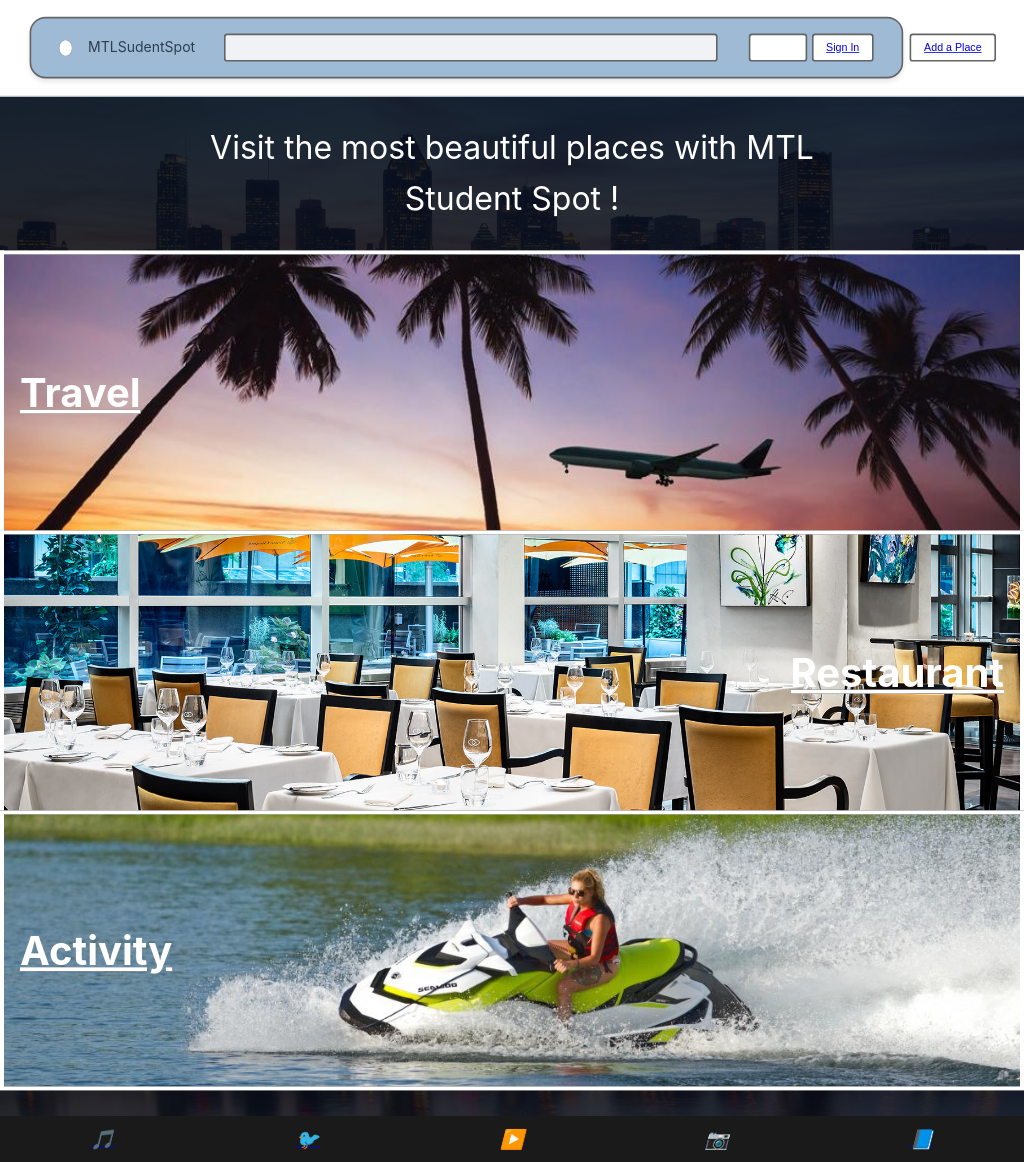
Repository: KevMn6ix/MOD8-2232-GRA-Damois-Leroi--Morant-Munto
Page: / (app in client/)
The author's editor kept a copy of each file at every save. The page is drawn from the files as they stood at one save, then again after the next save.
The browser window is 1280 px wide. The pictures show the whole page, at 80% of full size.
The project was rebuilt for these pictures with package versions that can differ from the ones it lists, and the page was loaded fresh each time. Also part of the build but not shown: client/vite.config.js, client/src/components/HelloWorld.vue, client/src/services/Api.js, client/src/services/AuthentificationService.js, client/src/components/Login.vue, client/src/views/LoginPage.vue, client/src/components/PlaceItem.vue, client/src/components/PlaceList.vue.

Above is the page before, as saved 2023-10-18 14:23:52.

### client/index.html
<!DOCTYPE html>
<html lang="en">
  <head>
    <meta charset="UTF-8">
    <link rel="icon" href="/favicon.ico">
    <link href="https://cdnjs.cloudflare.com/ajax/libs/font-awesome/5.15.3/css/all.min.css" rel="stylesheet">

    <meta name="viewport" content="width=device-width, initial-scale=1.0">
    <title>Vite App</title>
  </head>
  <body>
    <div id="app"></div>
    <script type="module" src="/src/main.js"></script>
  </body>
</html>

### client/src/assets/main.css
@import './base.css';
/*
#app {
  max-width: 1280px;
  margin: 0 auto;
  padding: 2rem;

  font-weight: normal;
}

a,
.green {
  text-decoration: none;
  color: hsla(160, 100%, 37%, 1);
  transition: 0.4s;
}

@media (hover: hover) {
  a:hover {
    background-color: hsla(160, 100%, 37%, 0.2);
  }
}

@media (min-width: 1024px) {
  body {
    display: flex;
    place-items: center;
  }

  #app {
    display: grid;
    grid-template-columns: 1fr 1fr;
    padding: 0 2rem;
  }
}
*/
@media (prefers-color-scheme: dark) {
  button {
    color:black;
  }
  input {
    color: white;
    background-color: black;
  }
}

### client/src/App.vue
<script setup>
import { RouterLink, RouterView } from 'vue-router'
import HelloWorld from './components/HelloWorld.vue'
</script>

<template >
  <RouterView />

</template>

<style scoped>
template {
  display: flex;
  flex-direction: column;
}

header {
  line-height: 1.5;
  max-height: 100vh;
}

.logo {
  display: block;
  margin: 0 auto 2rem;
}

nav {
  width: 100%;
  font-size: 12px;
  text-align: center;
  margin-top: 2rem;
}

nav a.router-link-exact-active {
  color: var(--color-text);
}

nav a.router-link-exact-active:hover {
  background-color: transparent;
}

nav a {
  display: inline-block;
  padding: 0 1rem;
  border-left: 1px solid var(--color-border);
}

nav a:first-of-type {
  border: 0;
}

@media (min-width: 1024px) {
  header {
    display: flex;
    place-items: center;
    padding-right: calc(var(--section-gap) / 2);
  }

  .logo {
    margin: 0 2rem 0 0;
  }

  header .wrapper {
    display: flex;
    place-items: flex-start;
    flex-wrap: wrap;
  }

  nav {
    text-align: left;
    margin-left: -1rem;
    font-size: 1rem;

    padding: 1rem 0;
    margin-top: 1rem;
  }
}
</style>

### client/src/router/index.js
import { createRouter, createWebHistory } from 'vue-router'
import HomeView from '../views/HomeView.vue'

const router = createRouter({
  history: createWebHistory(import.meta.env.BASE_URL),
  routes: [
    {
      path: '/',
      name: 'home',
      component: HomeView
    },
    {
      path: '/about',
      name: 'about',
      // route level code-splitting
      // this generates a separate chunk (About.[hash].js) for this route
      // which is lazy-loaded when the route is visited.
      component: () => import('../views/AboutView.vue')
    },
    {
      path: '/login',
      name: 'login',

      component: () => import('../views/LoginPage.vue')
    },
    {
      path: '/register',
      name:'register',

      component: () => import('../views/RegisterPage.vue')
    },
    {
      path: '/places/:types',
      name: 'PlacesList',

      component: () => import('../views/PlaceListView.vue')
    },
    {
      path: '/places/review/:id',
      name : 'review',

      component: () => import('../views/PlaceReview.vue')
    },
    {

      path: '/places/:types/:id',
      name: 'PlacePage',

      component: () => import('../views/PlacesPage.vue')

    },
    {
      path: '/places/add',
      name: 'AddPlace',

      component: () => import('../views/AddPageView.vue')
    }
  ]
})

export default router

### client/src/views/HomeView.vue
<script setup>
import { ref } from 'vue'
import NavBar from '../components/NavBar.vue';
import RowLandingPage from '../components/RowLandingPage.vue';
import PlaceList from '../components/PlaceList.vue';
import { RouterLink} from 'vue-router'
import UsePlaceService from '../../server/services/places-service.js';
const userInput = ref('');
const placeService = UsePlaceService();
console.log(placeService.findPlaces())
const tempListPlace = placeService.findPlace()
console.log(tempListPlace)
</script>

<template>
  <header>
    <NavBar @user-input="(termInputed) => {userInput = termInputed;}"/>
  </header>

  <main id="home-body">
    <div v-if="userInput === ''">
    <h1>
      Visit the most beautiful places with MTL<br>Student Spot !
    </h1>
    <ul id="browse">
      <li id="travel"><RouterLink :to="{name : 'PlacesList', params : {types: 'travel'}}"><RowLandingPage textId="travel" textTitle="Travel"/></RouterLink></li>
      <li id="restaurant"><RouterLink :to="{name : 'PlacesList', params : {types: 'restaurants'}}"><RowLandingPage textId="restaurant" textTitle="Restaurant"/></RouterLink></li>
      <li id="activity"><RouterLink :to="{name : 'PlacesList', params : {types: 'activities'}}"><RowLandingPage textId="activity" textTitle="Activity"/></RouterLink></li>
  </ul>
  </div>
  <div v-else id="research">
    <PlaceList :searchTerms="userInput" :placeArray="placeService.findPlaces()"/>
  </div>
  </main>
  <footer>
    <a href="#" aria-label="SoundCloud">
        <i class="footer-icon">🎵</i>  <!-- Emoji used as placeholder for your icons -->
    </a>
    <a href="#" aria-label="Twitter">
        <i class="footer-icon">🐦</i>  <!-- Emoji used as placeholder for your icons -->
    </a>
    <a href="#" aria-label="YouTube">
        <i class="footer-icon">▶️</i>  <!-- Emoji used as placeholder for your icons -->
    </a>
    <a href="#" aria-label="Instagram">
        <i class="footer-icon">📷</i>  <!-- Emoji used as placeholder for your icons -->
    </a>
    <a href="#" aria-label="Facebook">
        <i class="footer-icon">📘</i>  <!-- Emoji used as placeholder for your icons -->
    </a>
  </footer>

</template>
<style scoped>
body, html {
    font-family: Arial, sans-serif;
    margin: 0;
    padding: 0;
}

:root {
    --color-background-header: #A5BDD9;
    --color-background-default: #A5BDD9;
    --color-background-travel: #a2c4ec;
    --color-background-activity: #9EB3CB;
    --text-color-default: #FFF;
    --border-color-place: #fff;

}

/* Dark Mode Variables */
@media (prefers-color-scheme: dark) {
    :root {
        --color-background-header: #A5BDD9;  /* Adjusted for contrast in dark mode */
        --text-color-default: #FFF;
        --border-color-place: #000;
        /* The blue shades remain the same as you wanted */
    }
}

/* Header styles */
header {
    display: flex;
    justify-content: space-between;
    align-items: center;
    padding: 1rem 2rem;
    background-color: var(--color-background-header);
    color: var(--text-color-default);
    box-shadow: 0 4px 6px rgba(0, 0, 0, 0.1);
    border-bottom: 2px solid rgba(0, 0, 0, 0.1);
}

header > div:last-child {
    display: flex;
    gap: 1rem;

    a, button {
        padding: 0.5rem 1rem;
        border-radius: 0.25rem;
        transition: background-color 0.3s ease;
        text-decoration: none;
    }

    button {
        background-color: var(--color-background-travel);
        color: #FFF;
        border: none;
        cursor: pointer;
    }

    a {
        color: var(--text-color-default);
    }

    button:hover, a:hover {
        background-color: #7faedc;
    }
}

/* Main content styles */
main {
    background-color: var(--color-background-default);
    text-align: center;
    padding: 2rem 0;
    color: var(--text-color-default);
}

#home-body {

    background-image: url('../assets/montrealbynight.jpg');
    background-size: 1520px;
    background-repeat: repeat;
    background-position: 30%;
    position: relative;
    z-index: 1;
}

#home-body::before {
    content: '';
    display: block;
    position: absolute;
    top: 0;
    right: 0;
    bottom: 0;
    left: 0;
    background-color: rgba(2, 7, 16, 0.84);
    z-index: -1;
}

h1 {
    font-size: 2.5rem;
    margin-bottom: 2rem;
    color: white;
}

ul#browse {
    list-style: none;
    padding: 0;
    display: flex;
    flex-direction: column;
    margin: 0;
}

ul#browse li {
  padding: 0;
  margin: 0px;
  border: 5px solid white;
  border-bottom: 0px;
  transition: background-color 0.3s ease;
  height: 350px;
  background-size: cover;
  display: flex;
  justify-content: center;
  align-items: center;
  font-weight: bold;

}

ul#browse li#activity{

    border-bottom: 5px solid white;

}

ul#browse li > * {
    color: black;
    font-weight: bold;
    width: 100%;
    text-align: center;
}

#travel > *{
    text-align: left;
}

#restaurant > *{
    text-align: right;
}


#restaurant, #travel, #activity {
    background-size: cover;
    position: relative;
}

#restaurant::before, #travel::before, #activity::before {

    content: "";
    position: absolute;
    top: 0;
    right: 0;
    bottom: 0;
    left: 0;
    background-color: inherit;
    opacity: 0.40;
    pointer-events: none;
}


#restaurant {
    background-image: url('../assets/restaurant.jpg');
    background-color: var(--color-background-default);
    background-position: center;
    justify-content: flex-end;
}

#travel {
    background-image: url('../assets/travel.jpg');
    background-color: var(--color-background-travel);
    background-position: center;
    justify-content: flex-start;
}

#activity {
    background-image: url('../assets/jetski.jpg');
    background-color: var(--color-background-activity);
    background-position: center;
    justify-content: flex-start;

}

/* Add hover effects */
ul#browse li:hover {
    background-color: rgba(0, 0, 0, 0.1);
}

/* Footer styles */
footer {
  z-index: 1000;
    display: flex;
    justify-content: space-around;
    align-items: center;
    bottom: 0;

    left: 0;
    width: 100%;
    background-color: #1a1a1a;
    padding: 10px 0;
}

.footer-icon {
    font-size: 24px;
    color: white;
    transition: 0.3s;
}

footer a:hover .footer-icon {
    color: #A5BDD9;
}

/* Media Queries for screen size */
@media screen and (max-width: 768px) {  /* For tablets */
    header {
        flex-direction: column;
    }

    ul#browse {
        gap: 0.5rem;
    }

    footer {
        flex-wrap: wrap;
    }
}

@media screen and (max-width: 480px) {  /* For mobile phones */
    header > div {
        flex-direction: column;
        gap: 0.5rem;
    }

    h1 {
        font-size: 2rem;
    }

    ul#browse li {
        padding: 0.5rem 0;
    }

    footer {
        flex-direction: column;
    }
}
</style>

### client/src/components/NavBar.vue
<script setup>
import { ref } from 'vue'
import LoginPage from '../views/LoginPage.vue'
import TheSubHeader from './TheSubHeader.vue';
const emit = defineEmits(['user-input'])
const UserInput = ref('')
function sendUserInput() {
    console.log(UserInput.value)
    emit('user-input', UserInput.value)
}
</script>
/** This component is hte bar at the top of the screen */
<template>
    <nav id="head-bar">
        <img src="../assets/logoMTL.png">
        <h3>
            MTLSudentSpot
        </h3>
        <input type="text" v-model="UserInput" @input="sendUserInput">
        <div>
        <router-link to='/login'>
        <button>
            Log In
        </button>
        </router-link>
        <button>
            <router-link to="/register">Sign In</router-link>
        </button>
    </div>
    </nav>
    <div id="sub-header">
    <TheSubHeader/></div>
</template>
<style>

:root{

    --color-navbar: #9fbad4;
    --text-navbar-color-default: #000;
    --color-input: #f0f2f5;
    --button-border: #646464;
    --color-button: #fff;
    --button-hover: #7faedc;
}

@media (prefers-color-scheme: dark){

    :root{

        --text-navbar-color-default: #FFF;
        --color-navbar: #211f1f;
        --color-input: #312e2e;
        --button-border: #646464;
        --color-button: #312e2e;
        --button-hover: #646464;

    }

}

nav {
    display: flex;
    justify-content: space-between;
    align-items: center;
    background-color: var(--color-navbar);
    padding: 1rem 2rem;
    box-shadow: 0 4px 6px rgba(0, 0, 0, 0.1);
    border-bottom: 2px solid rgba(0, 0, 0, 0.1);
    border-radius: 20px;
    border: 2px solid var(--button-border);
    margin: 5px;
}

button {
    background-color: var(--color-button);
    color: #FFF;
    border: none;
    padding: 0.5rem 1rem;
    border-radius: 0.25rem;
    cursor: pointer;
    transition: background-color 0.3s ease;
    margin: 3px;
    border: 2px solid var(--button-border);
}

button:hover {
    background-color: var(--button-hover);
}

button:visited {
    color: white; /* Set the text color to yellow when the button is active (clicked) */
}

img {
    height: 20px;
    width: 16px;
}

input {
    flex-grow: 3;
    padding: 0.5rem;
    border: none;
    border-radius: 0.25rem;
    background-color: var(--color-input);
    color: var(--text-navbar-color-default);
    border: 2px solid var(--button-border);
    margin: 0 1rem;
}

#sub-header {
    text-align: center;
}
</style>

### client/src/components/RowLandingPage.vue
<script setup>
/** this prop purpose to to display one of the solid color row on the landing page*/
import { RouterLink } from 'vue-router';

const rowProps = defineProps({
    textId: String,
    textTitle: String
})
</script>
<template>
    <RouterLink :to="/places/ + rowProps.textId">
    <h2 :id="'sub-' + rowProps.textId">

        {{ rowProps.textTitle }}
    </h2>
    </RouterLink>
</template>
<style scoped>
* {
    color: white;
    @media (prefers-color-scheme: dark) {
        color: white;

    }
}
#sub-travel {
    text-align: start;
    margin-left: 20px;
}
#sub-restaurant {
    text-align: end;
    margin-right: 20px;
}
#sub-activity {
    text-align: start;
    margin-left: 20px;
}

#sub-travel, #sub-restaurant, #sub-activity{

    color: white;
    font-weight: bold;
    font-size: 50px;

}
</style>

### client/src/components/BarOutsideHome.vue
<script setup>
import { ref } from 'vue'
import LoginPage from '../views/LoginPage.vue'
import { RouterLink } from 'vue-router';
import TheSubHeader from './TheSubHeader.vue';
const emit = defineEmits(['user-input'])
const UserInput = ref('')
function sendUserInput() {
    console.log(UserInput.value)
    emit('user-input', UserInput.value)
}
</script>
/** This component is the bar at the top of the screen */
<template>
    <nav id="head-bar">
        <img src="../assets/logoMTL.png">
        <h3>
            MTLSudentSpot
        </h3>
        <RouterLink to="/">
            Home
        </RouterLink>
        <div>
        <button>
            <router-link to='/login'>Log In</router-link>
        </button>
        <button>
            <router-link to="/register">Sign In</router-link>
        </button>
    </div>
</nav>
<div id="sub-header">
<TheSubHeader/></div>
</template>
<style>
nav {
    display: flex;
    flex-wrap: wrap;
    justify-content: space-around;
    align-items: center;
    padding: 0;
    margin: 0;
    align-items: center;
    flex-grow: 3;
    min-width: 178px;
    gap: 20px;
}
img {
    margin-left: 3px;
    height: 20px;
    width: 16px;
}
input {
    flex-grow: 3;
}
#sub-header {
    text-align: center;
}
</style>

### client/src/components/TheSubHeader.vue
<script setup>
import { RouterLink } from 'vue-router';
</script>
<template>
    <button>
      <RouterLink to="/places/add"> Add a Place</RouterLink>
    </button>
</template>
<style scoped>
:root {
  --light-color-background-restaurant: #A5BDD9;
    --light-color-background-travel: #a2c4ec;
    --light-color-background-activity: #9EB3CB;
    --dark-color-background-restaurant: #a2c4ec9d;
    --dark-color-background-travel: #a5bdd971;
    --dark-color-background-activity: #9eb3cb0e;
    --color-background-restaurant: var(--light-color-background-restaurant);
    --color-background-travel: var(--light-color-background-travel);
    --color-background-activity: var(--light-color-background-activity);
    @media (prefers-color-scheme: dark) {
      --color-background-restaurant: var(--dark-color-background-restaurant);
        --color-background-travel: var(--dark-color-background-travel);
        --color-background-activity: var(--dark-color-background-activity);
    }
}
p {
    min-width: 333px;
    text-align: center;
    size: 50%;
    padding: 0;
    margin: 0;
}
</style>

Loaded but not shown: client/src/main.js (common file); client/src/assets/base.css (common file); client/server/services/places-service.js (137 lines, source omitted)

After the next save:
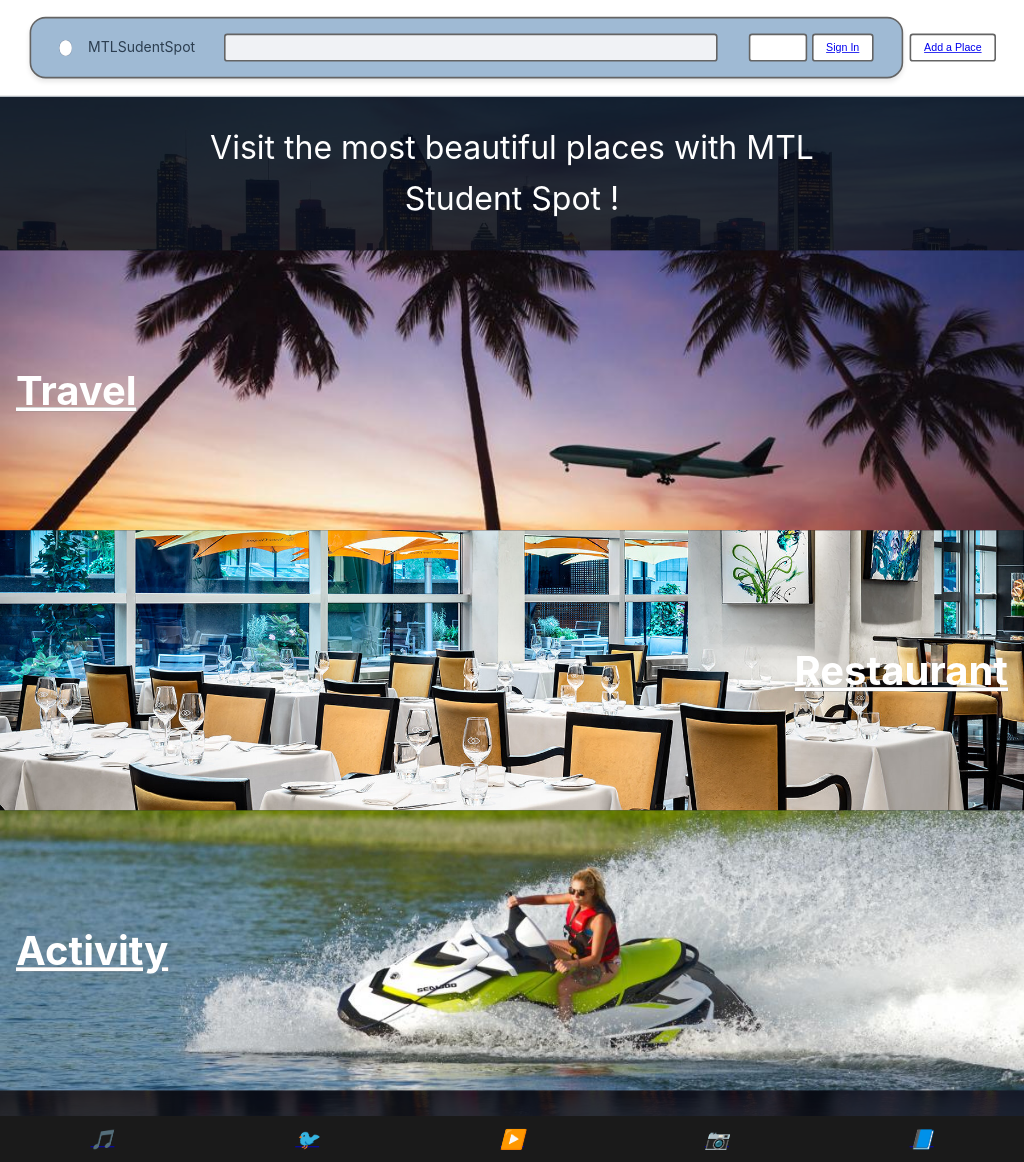
Saved 54 s later.
--- a/client/src/views/HomeView.vue
+++ b/client/src/views/HomeView.vue
@@ -164,7 +164,7 @@
 ul#browse li {
   padding: 0;
   margin: 0px;
-  border: 5px solid white;
+  border: 5px solid var(--border-color-place);
   border-bottom: 0px;
   transition: background-color 0.3s ease;
   height: 350px;
@@ -178,7 +178,7 @@
 
 ul#browse li#activity{
 
-    border-bottom: 5px solid white;
+    border-bottom: 5px solid var(--border-color-place);
 
 }
 

After the 4 saves that followed:
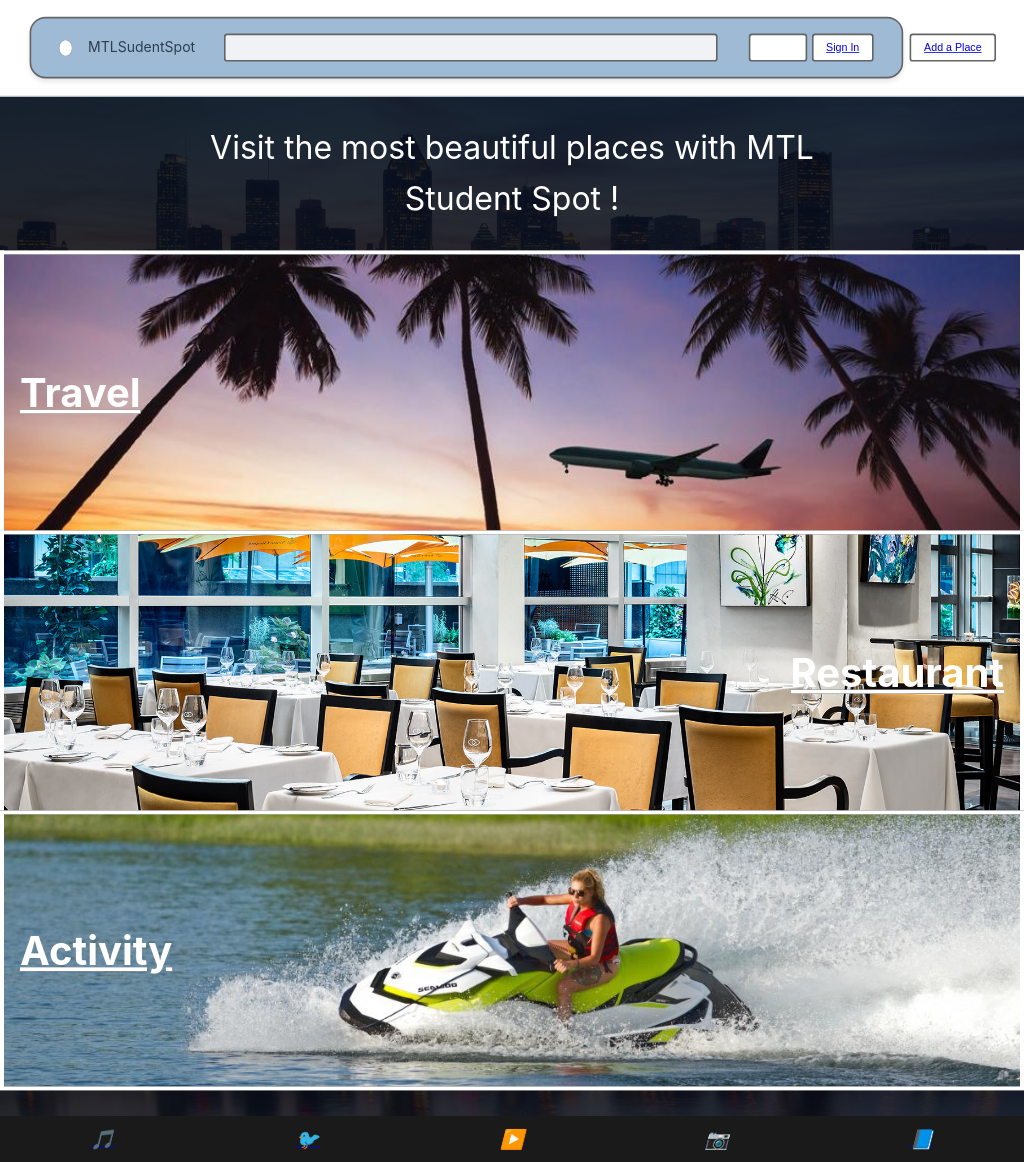
The 4 saves are shown as one change because 3 left the picture as it was.
The last was saved 2 min 29 s later.
--- a/client/src/views/HomeView.vue
+++ b/client/src/views/HomeView.vue
@@ -73,7 +73,7 @@
     :root {
         --color-background-header: #A5BDD9;  /* Adjusted for contrast in dark mode */
         --text-color-default: #FFF;
-        --border-color-place: #000;
+        --border-color-place: #fff;
         /* The blue shades remain the same as you wanted */
     }
 }
@@ -164,7 +164,7 @@
 ul#browse li {
   padding: 0;
   margin: 0px;
-  border: 5px solid var(--border-color-place);
+  border: 5px solid white;
   border-bottom: 0px;
   transition: background-color 0.3s ease;
   height: 350px;
@@ -178,7 +178,7 @@
 
 ul#browse li#activity{
 
-    border-bottom: 5px solid var(--border-color-place);
+    border-bottom: 5px solid white;
 
 }
 
